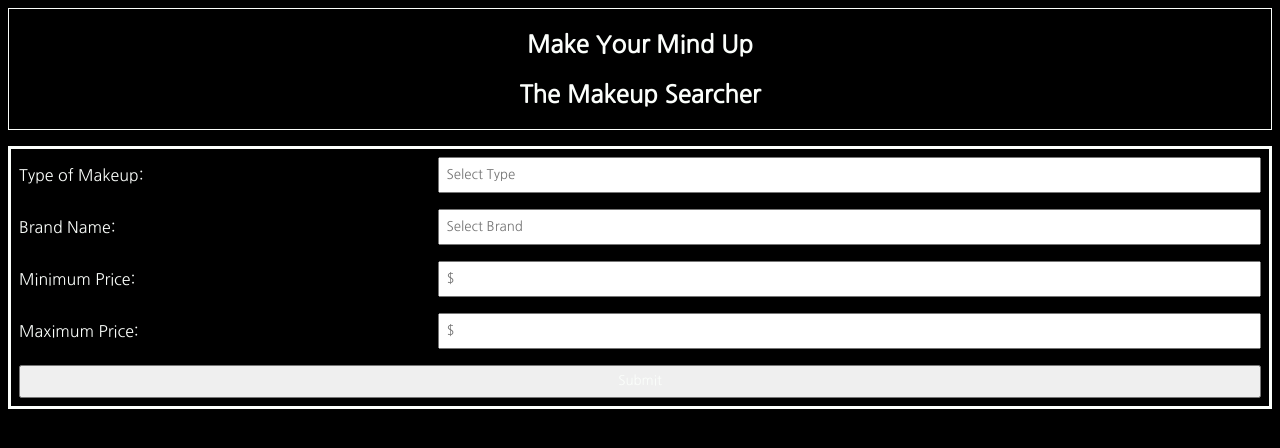
Repository: kaitlynMidori/MakeMeUp
Page: index.html
These files come from the project's save history. The page is drawn as it stood at one moment and after the next save; the edit follows.
The browser window is 1280 px wide. The pictures show the whole page.

Above is the page before, as saved 2020-12-08 15:07:45.

After the next save:
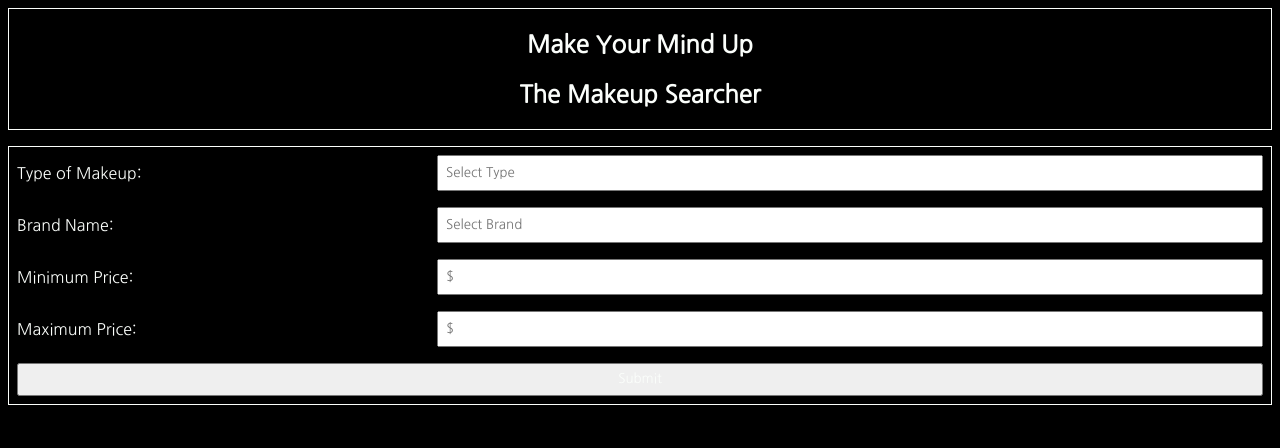
Saved 13 s later.
--- a/style.css
+++ b/style.css
@@ -30,6 +30,7 @@
     list-style-type: none;
     padding: 0;
     border-style: solid;
+    border-width: thin;
     border-color: #fbfefb;
 }
 
